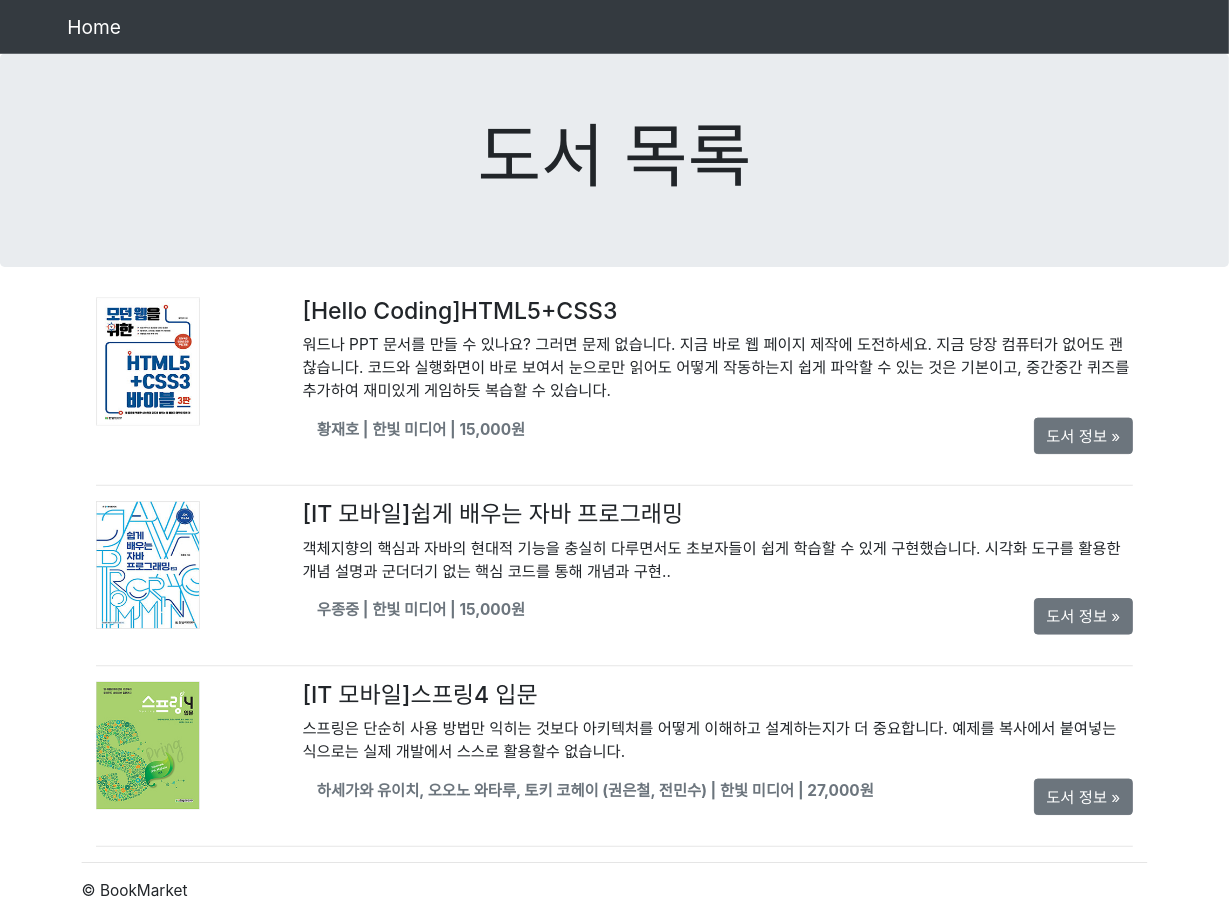
Repository: freedomseok8047/jsp
Page: http://localhost/BookMarket/books.jsp
An editor plug-in stored every save of this project. The page is shown before and after the next save, followed by the edit.
The browser window is 1280 px wide. The pictures show the whole page, at 96% of full size.
The page is served by Tomcat 9.

Above is the page before, as saved 2023-08-25 05:51:04.

After the next save:
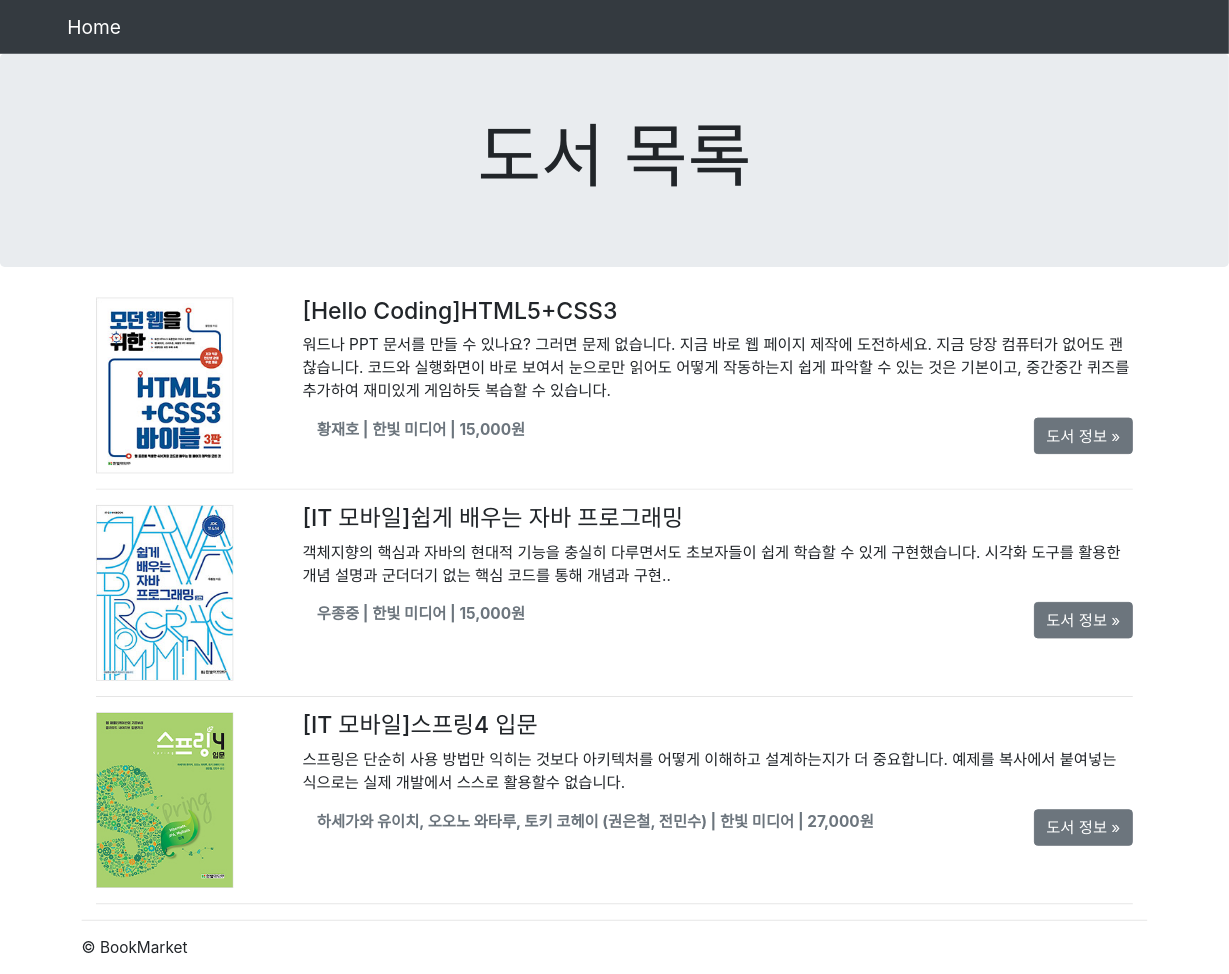
Saved 18 s later.
--- a/BookMarket/src/main/webapp/books.jsp
+++ b/BookMarket/src/main/webapp/books.jsp
@@ -33,7 +33,7 @@
 				<div class="row">
 					<div class="col col-lg-2">
 						<img src="resources/images/<%=book.getFilename()%>"
-							alt=<%=book.getName()%> width="108" height="133">
+							alt=<%=book.getName()%> width="143" height="183">
 					</div>
 					<div class="col-md-auto"></div>
 					<div class="col">
